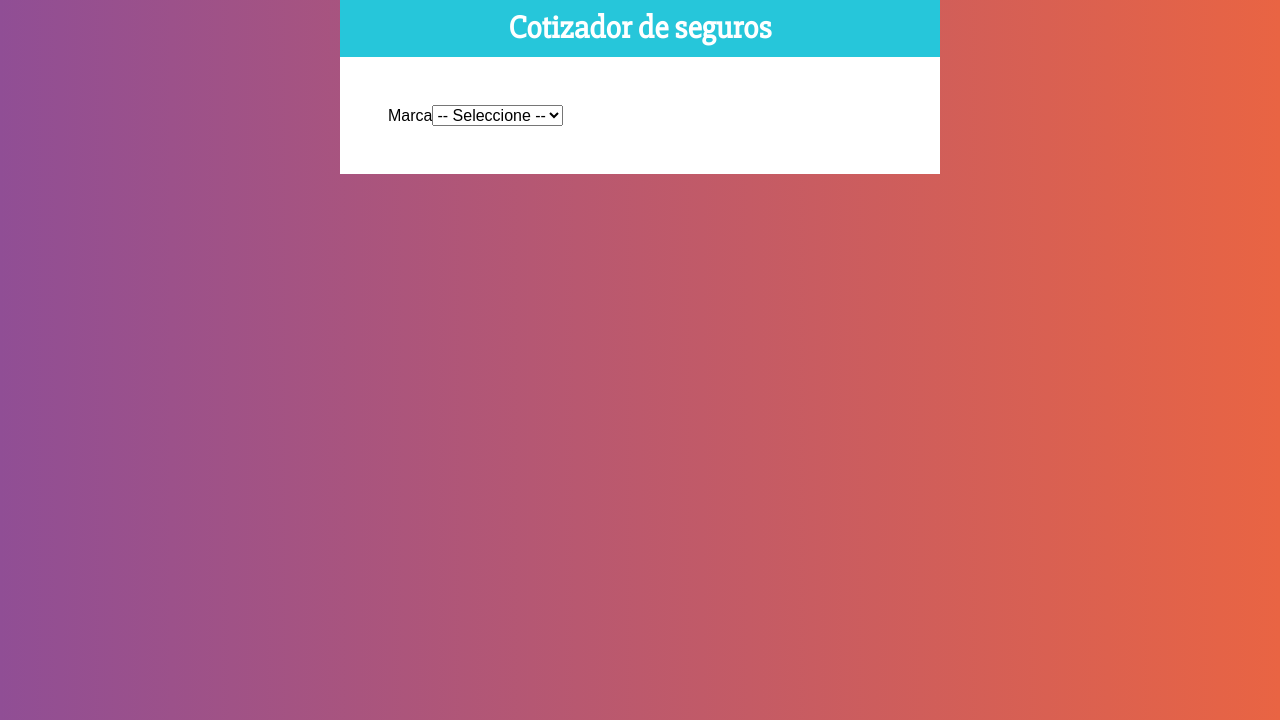
Repository: leonmezu1/cotizadorSeguroReact
Page: /
The author's editor kept a copy of each file at every save. The page is drawn from the files as they stood at one save, then again after the next save.
The browser window is 1280 px wide. The pictures show the whole page.
The project was rebuilt for these pictures with package versions that can differ from the ones it lists, and the page was loaded fresh each time.

Above is the page before, as saved 2020-10-08 09:32:07.

After the next save:
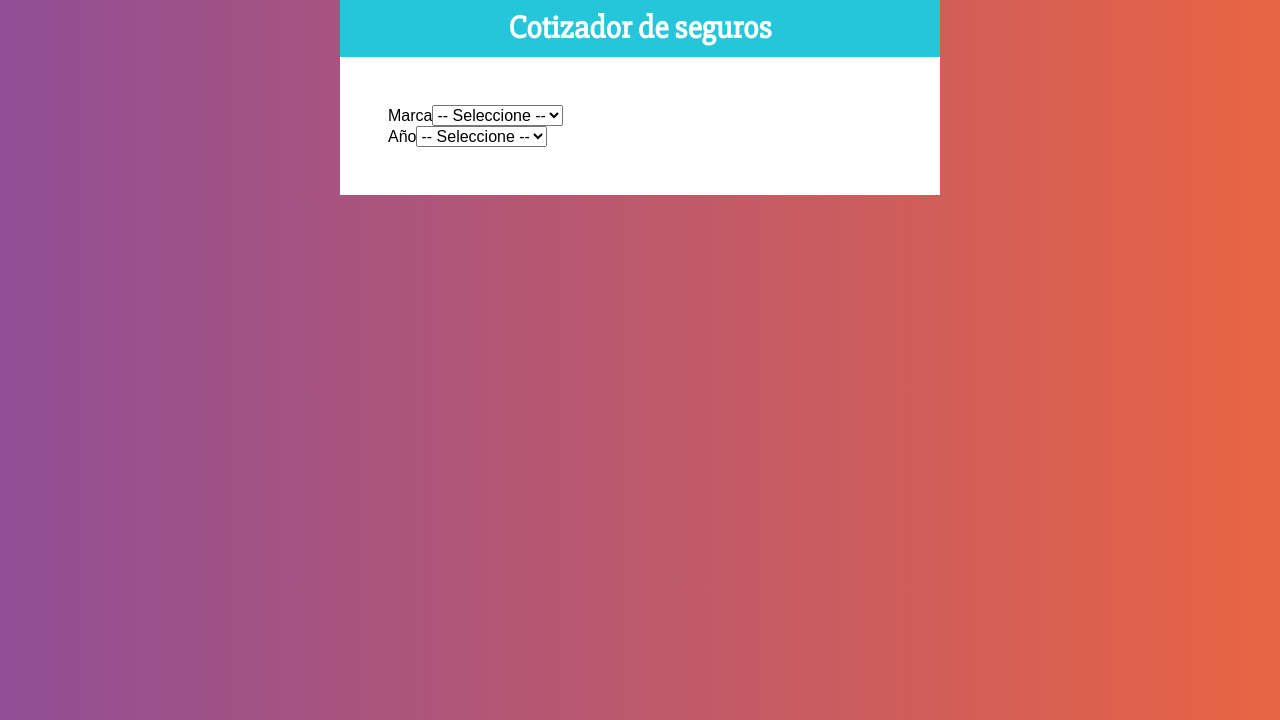
Saved 60 s later.
--- a/src/components/Formulario.js
+++ b/src/components/Formulario.js
@@ -12,6 +12,15 @@ const Formulario = () => {
           <option value="asiatico">Asiatico</option>
         </select>
       </div>
+      <div>
+        <label>Año</label>
+        <select>
+          <option value="">-- Seleccione --</option>
+          <option value="americano">Americano</option>
+          <option value="europeo">Europeo</option>
+          <option value="asiatico">Asiatico</option>
+        </select>
+      </div>
     </form>
   );
 };
